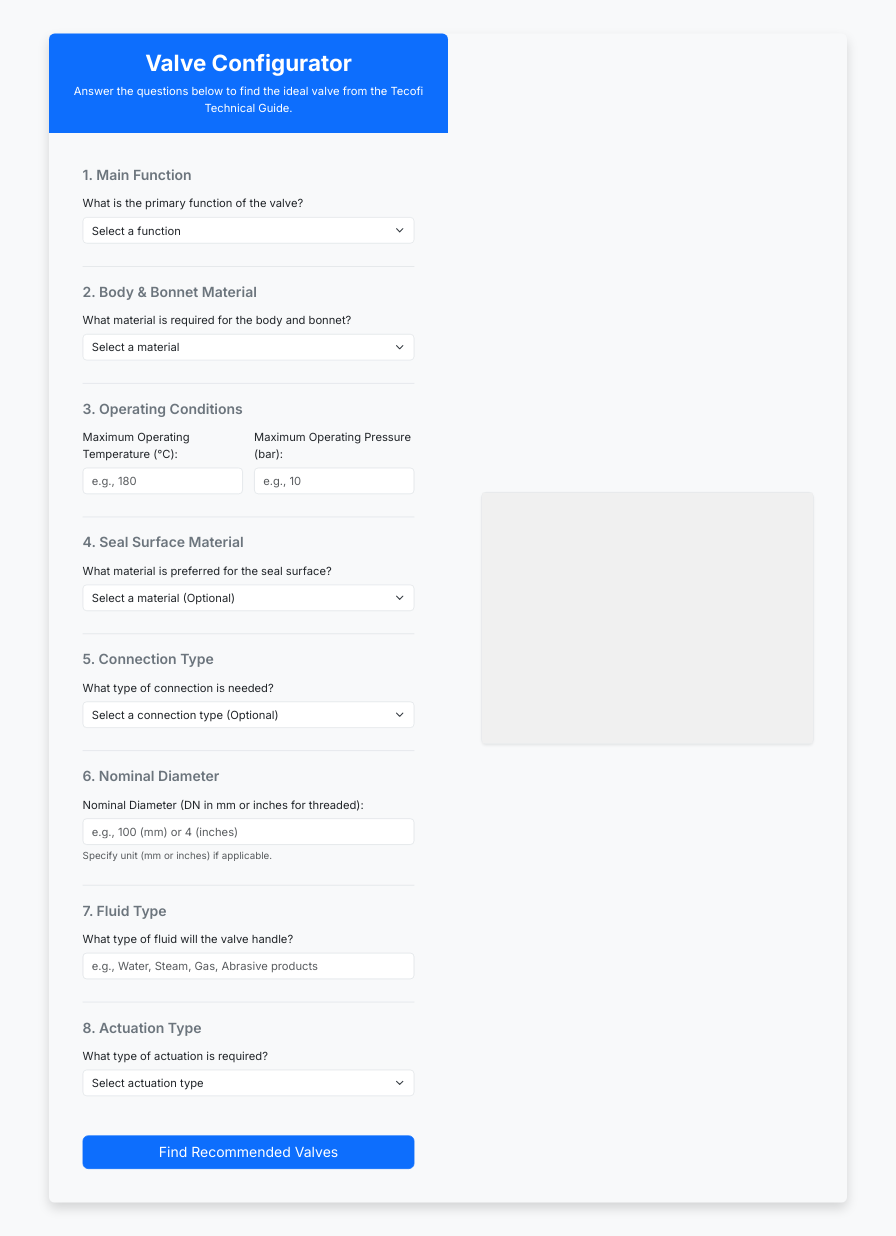
Repository: mauriciodelopez/Valve_config_II
Page: index.html
These files come from the project's save history. The page is drawn as it stood at one moment and after the next save; the edit follows.
The browser window is 1280 px wide. The pictures show the whole page, at 70% of full size.

Above is the page before, as saved 2025-07-21 15:21:18.

After the next save:
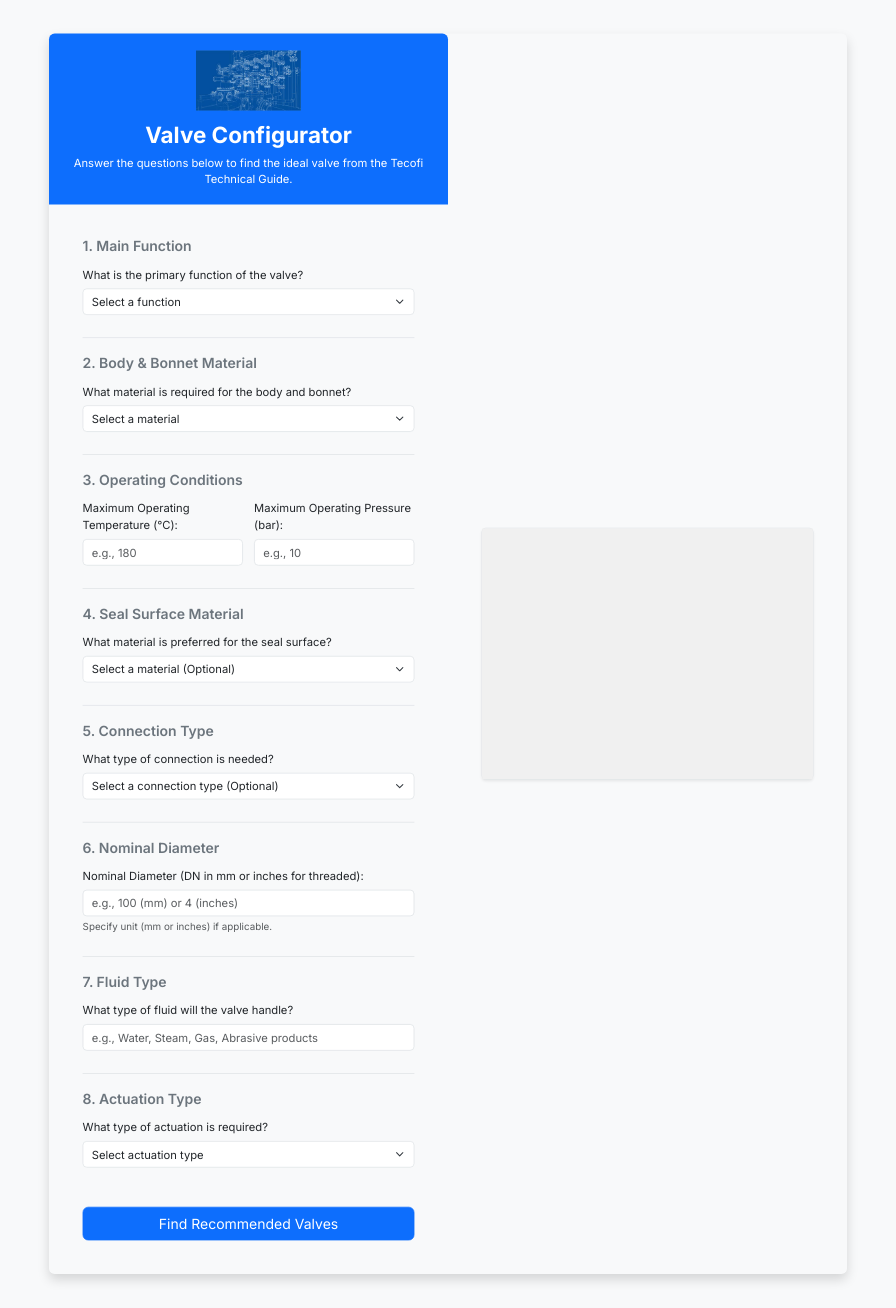
Saved 16 min 3 s later.
--- a/index.html
+++ b/index.html
@@ -21,6 +21,10 @@
             <!-- Form Column -->
             <div class="col-12 col-lg-6"> <!-- Takes full width on small, half on large screens -->
                 <div class="bg-primary text-white p-4 rounded-top-3 rounded-lg-end-0">
+                    <!-- Image added here -->
+                    <div class="text-center mb-3">
+                        <img src="logo planta web configurateur.jpg" alt="Company Logo" class="img-fluid" style="max-width: 150px;">
+                    </div>
                     <h1 class="text-center mb-2 fs-2 fw-bold">Valve Configurator</h1>
                     <p class="text-center mb-0 fs-6">
                         Answer the questions below to find the ideal valve from the Tecofi Technical Guide.
